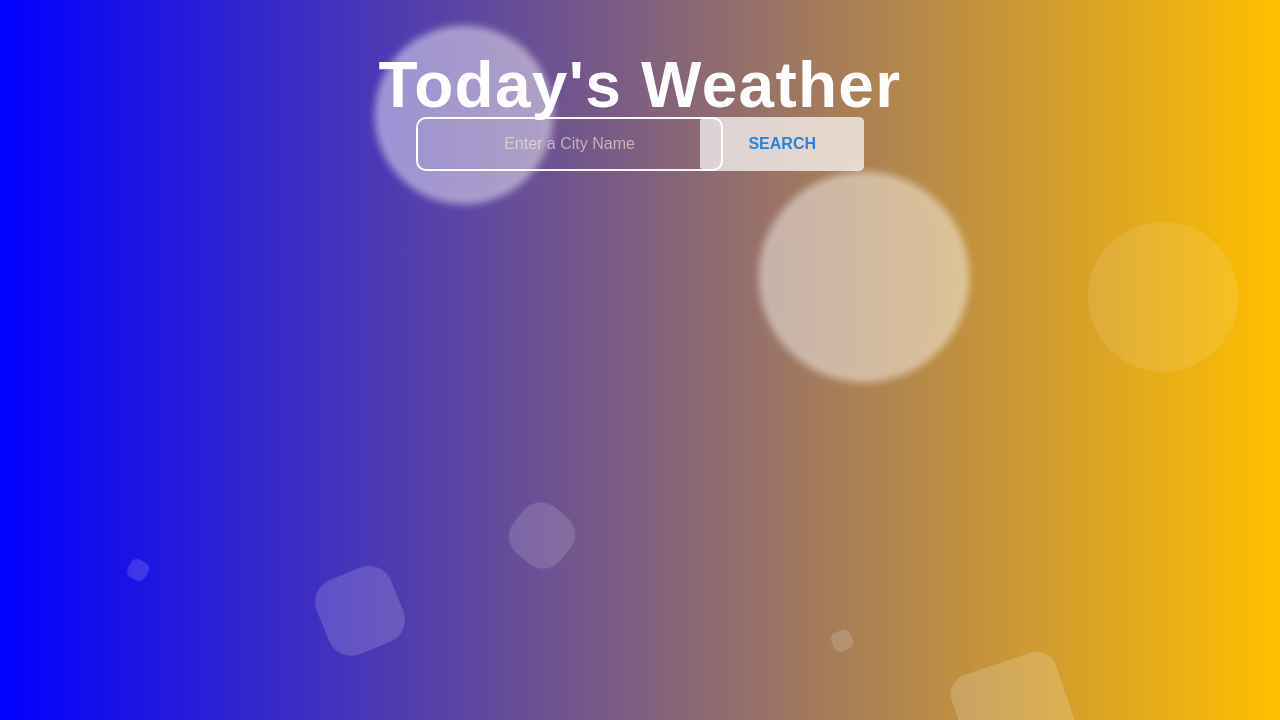
Repository: KayceeNguyen/bubleweather-app
Page: /
These files come from the project's save history. The page is drawn as it stood at one moment and after the next save; the edit follows.
The browser window is 1280 px wide. The pictures show the whole page.
The project was rebuilt for these pictures with package versions that can differ from the ones it lists, and the page was loaded fresh each time. The framework's server and built-in components were replaced by stand-ins that run in the browser. Also part of the build but not shown: next.config.js.

Above is the page before, as saved 2023-01-20 01:51:15.

After the next save:
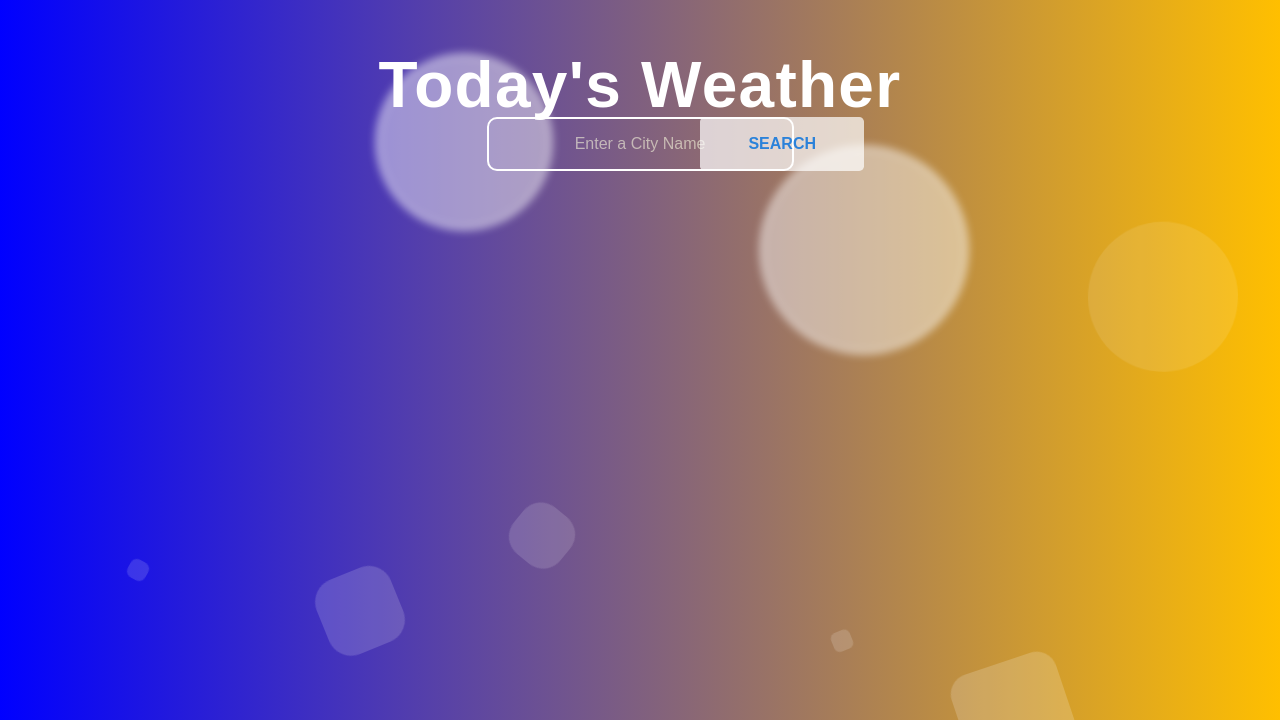
Saved 2 min 44 s later.
--- a/styles/Home.module.css
+++ b/styles/Home.module.css
@@ -356,7 +356,7 @@
   font-size: 1em;
   font-family: Arial, Helvetica, sans-serif;
   margin: auto;
-  position: absolute;
+  position: relative;
   display: inline-block;
   text-align: center;
   align-items: center;

After the save that followed:
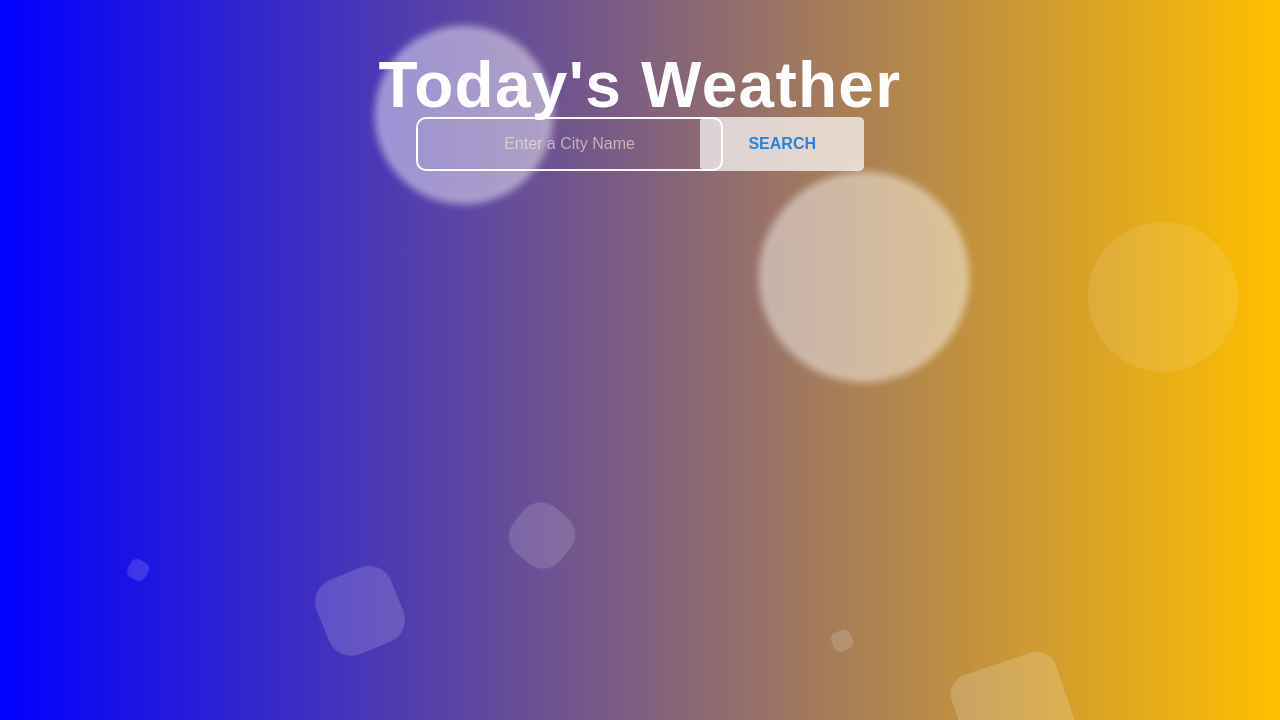
Saved 4 s later.
--- a/styles/Home.module.css
+++ b/styles/Home.module.css
@@ -356,7 +356,7 @@
   font-size: 1em;
   font-family: Arial, Helvetica, sans-serif;
   margin: auto;
-  position: relative;
+  position: absolute;
   display: inline-block;
   text-align: center;
   align-items: center;
